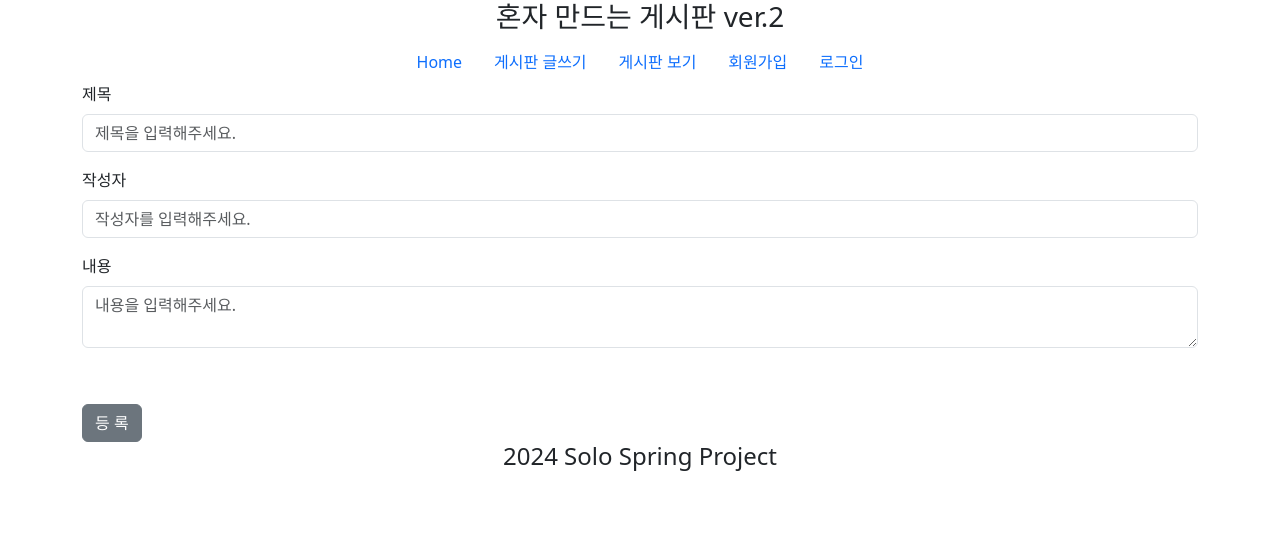
Repository: nefer2/Spring_test
Page: http://localhost/spring_test7/WEB-INF/views/board/register.jsp
The author's editor kept a copy of each file at every save. The page is drawn from the files as they stood at one save, then again after the next save.
The browser window is 1280 px wide. The pictures show the whole page.
The page is served by Tomcat 9. Nobody is signed in. Other server files are loaded and not shown. The template is opened directly, without the code that normally fills it, so the values that code supplies are empty.

Above is the page before, as saved 2024-01-18 02:34:23.

### spring_test7/src/main/webapp/WEB-INF/views/board/register.jsp
<%@ page language="java" contentType="text/html; charset=UTF-8"
    pageEncoding="UTF-8"%>
<%@ taglib uri="http://java.sun.com/jsp/jstl/core" prefix="c" %>
<%@ taglib uri="http://www.springframework.org/security/tags" prefix ="sec" %>



<jsp:include page="../layout/header.jsp"></jsp:include>
<jsp:include page="../layout/navbar.jsp"></jsp:include>


<div class="container-md">
	<form action="/board/register" method="post">
		<div class="mb-3">
		  <label for="title" class="form-label">제목</label>
		  <input type="text" name="title" class="form-control" id="title" placeholder="제목을 입력해주세요.">
		</div>
		<div class="mb-3">
		  <label for="wirter" class="form-label">작성자</label>
	      <input type="text" name="writer" class="form-control" id="wirter" placeholder="작성자를 입력해주세요.">
		</div>
		<div class="mb-3">
		  <label for="content" class="form-label">내용</label>
		  <textarea name="content" class="form-control" id="content" placeholder="내용을 입력해주세요."></textarea>
		</div>


<!-- 파일 입력 라인 추가 -->
	<div class="mb-3">
		<input type="file" class="form-control" name="files" id="files"multiple="multiple" style="display: none"> <br>
		<!-- 파일 버튼 트리거를 사용하기 위해서 주는 버튼 -->

	</div>


<button type="submit" class="btn btn-secondary">등 록</button>


	</form>
</div>







<jsp:include page="../layout/footer.jsp"></jsp:include>

### spring_test7/src/main/webapp/WEB-INF/views/layout/header.jsp
<%@ page language="java" contentType="text/html; charset=UTF-8"
    pageEncoding="UTF-8"%>
<!DOCTYPE html>
<html>
<head>
<h3 style="text-align: center;">혼자 만드는 게시판 ver.2</h3>
</head>

### spring_test7/src/main/webapp/WEB-INF/views/layout/navbar.jsp
<%@ page language="java" contentType="text/html; charset=UTF-8"
    pageEncoding="UTF-8"%>


<script src="https://cdn.jsdelivr.net/npm/bootstrap@5.3.1/dist/js/bootstrap.bundle.min.js" integrity="sha384-HwwvtgBNo3bZJJLYd8oVXjrBZt8cqVSpeBNS5n7C8IVInixGAoxmnlMuBnhbgrkm" crossorigin="anonymous"></script>
<link href="https://cdn.jsdelivr.net/npm/bootstrap@5.3.1/dist/css/bootstrap.min.css" rel="stylesheet" integrity="sha384-4bw+/aepP/YC94hEpVNVgiZdgIC5+VKNBQNGCHeKRQN+PtmoHDEXuppvnDJzQIu9" crossorigin="anonymous">


<ul class="nav justify-content-center">

  <li class="nav-item">
    <a class="nav-link active" aria-current="page" href="/">Home</a>
  </li>
  <li class="nav-item">
    <a class="nav-link" href="/board/register">게시판 글쓰기</a>
  </li>
  <li class="nav-item">
    <a class="nav-link" href="/board/list">게시판 보기</a>
  </li>
    <li class="nav-item">
    <a class="nav-link" href="#">회원가입</a>
  </li>
    <li class="nav-item">
    <a class="nav-link" href="#">로그인</a>
  </li>
</ul>

### spring_test7/src/main/webapp/WEB-INF/views/layout/footer.jsp
<%@ page language="java" contentType="text/html; charset=UTF-8"
    pageEncoding="UTF-8"%>




<div><h4 style="text-align: center;">2024 Solo Spring Project</h4></div>

</body>
</html>

After the next save:
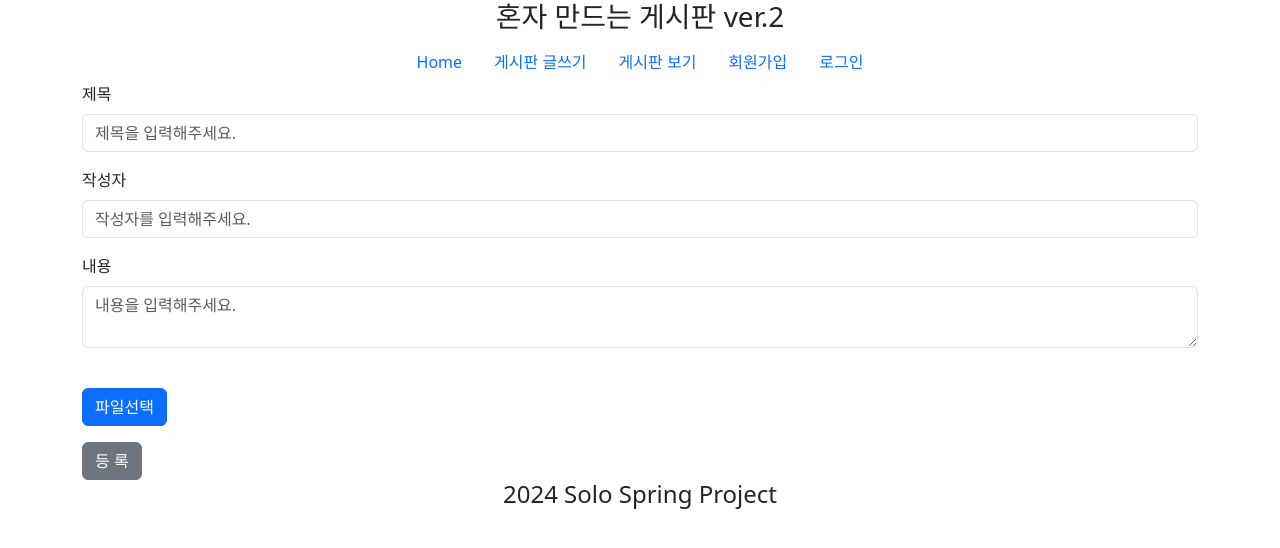
Saved 30 s later.
--- a/spring_test7/src/main/webapp/WEB-INF/views/board/register.jsp
+++ b/spring_test7/src/main/webapp/WEB-INF/views/board/register.jsp
@@ -29,7 +29,7 @@
 	<div class="mb-3">
 		<input type="file" class="form-control" name="files" id="files"multiple="multiple" style="display: none"> <br>
 		<!-- 파일 버튼 트리거를 사용하기 위해서 주는 버튼 -->
-
+		<button type="button" class="btn btn-primary" id="trigger">파일선택</button>
 	</div>
 
 
